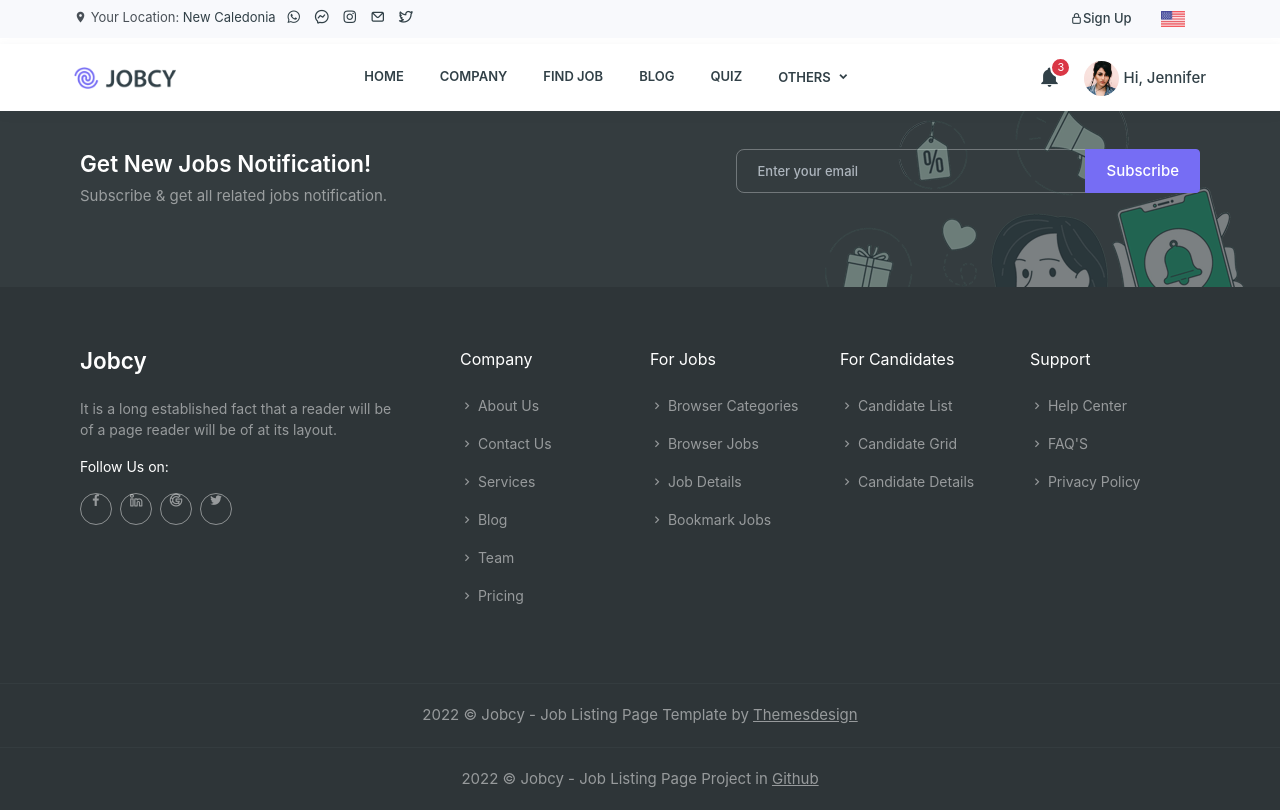
Repository: waflol/hrpm-frontend
Page: / (app in frontend/)
The author's editor kept a copy of each file at every save. The page is drawn from the files as they stood at one save, then again after the next save.
The browser window is 1280 px wide. The pictures show the whole page.
The project was rebuilt for these pictures with package versions that can differ from the ones it lists, and the page was loaded fresh each time. Also part of the build but not shown: frontend/craco.config.js, frontend/src/shared/components/Navigations/LoginButton.jsx.

Above is the page before, as saved 2022-10-13 15:19:38.

After the next save:
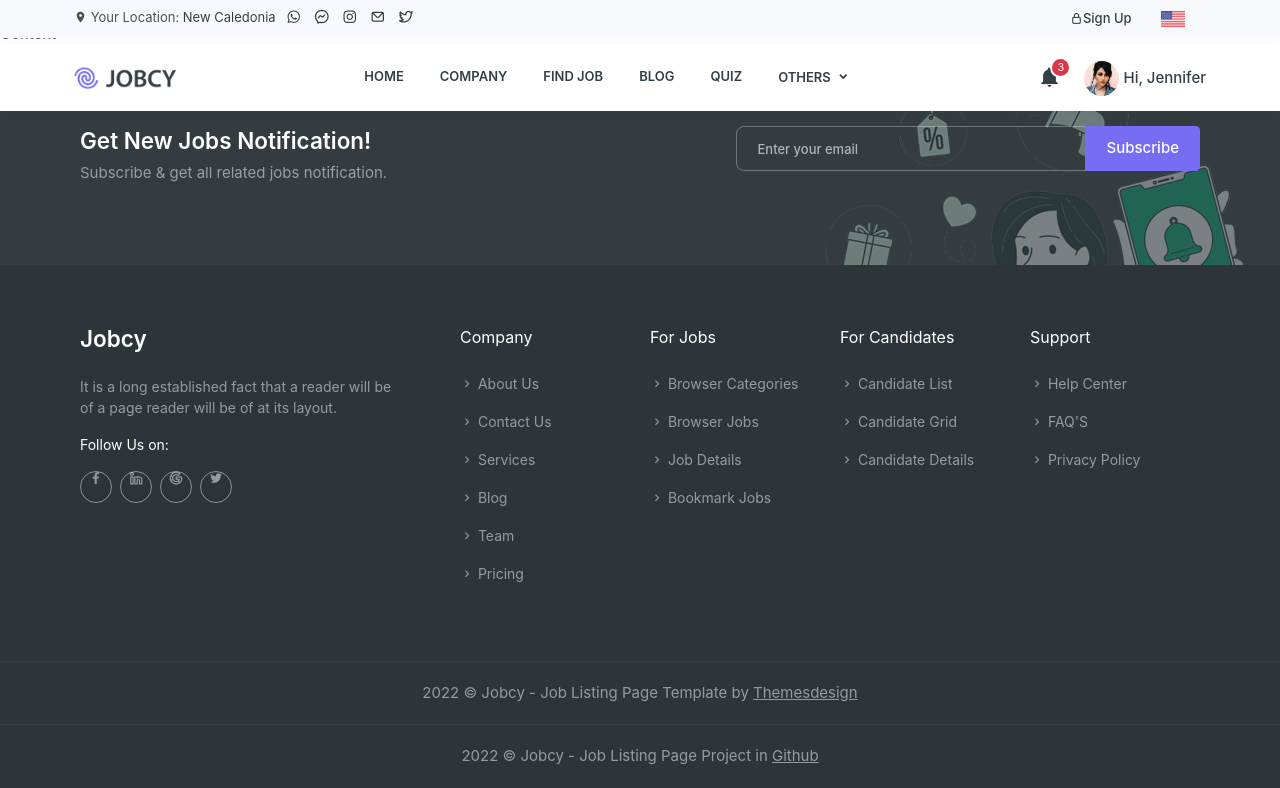
Saved 17 s later.
--- a/frontend/src/App.js
+++ b/frontend/src/App.js
@@ -14,7 +14,6 @@ function App() {
                 <div>
                   <MainTopBar/>
                   <MainNavBar/>
-                  Navbar
                 </div>
                 <section>
                   <br/>
